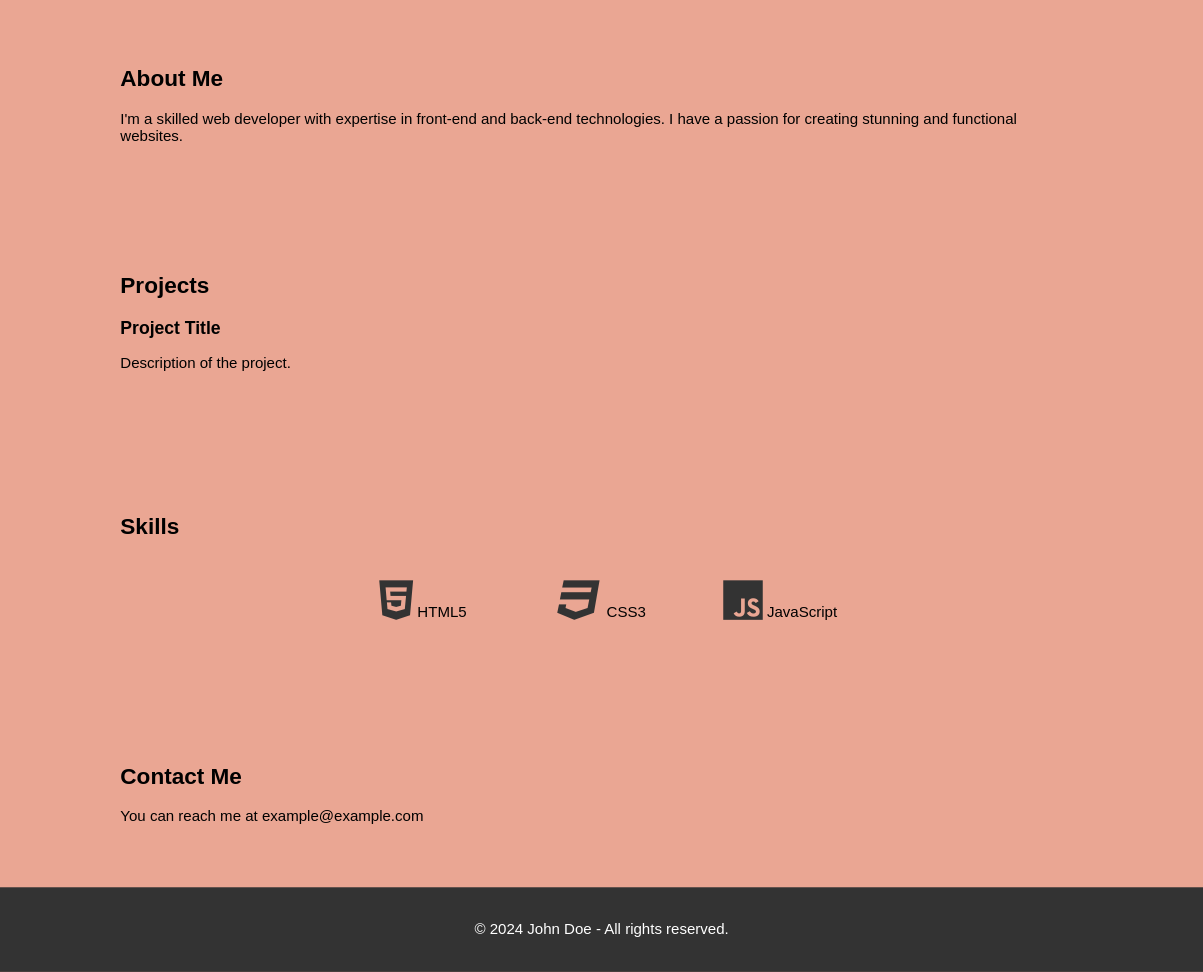
Repository: JaswanthT1/Portfolio
Page: index.html
These files come from the project's save history. The page is drawn as it stood at one moment and after the next save; the edit follows.
The browser window is 1280 px wide. The pictures show the part of the page from y = 718 to 1752 px (the page is 1752 px tall), at 94% of full size.

Above is the page before, as saved 2024-04-25 08:37:08.
Not found: script.js

After the next save:
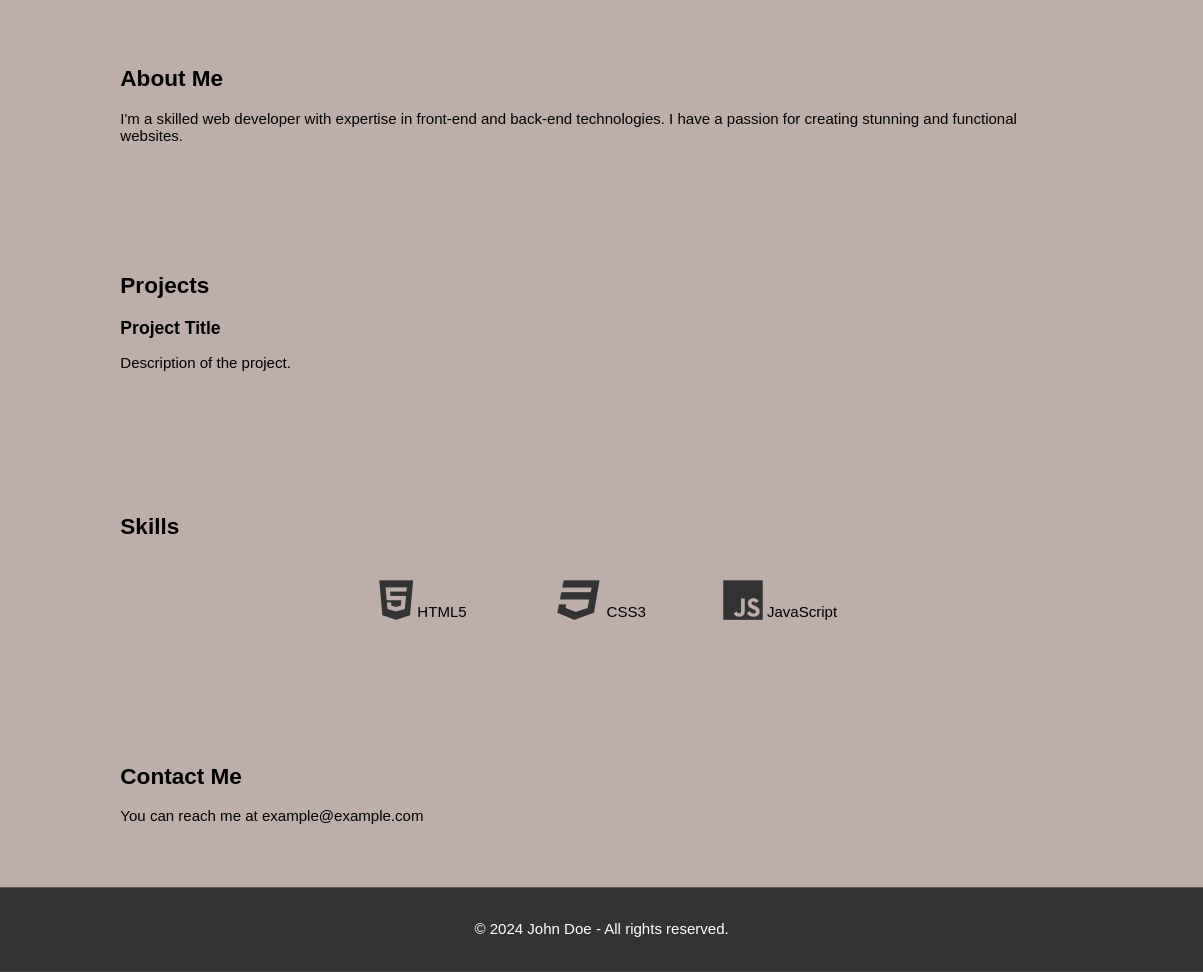
Saved 7 s later.
--- a/style.css
+++ b/style.css
@@ -4,7 +4,7 @@ body {
   font-family: Arial, sans-serif;
   margin: 0;
   padding: 0;
-  background-color: rgb(234, 166, 147);
+  background-color: rgb(190, 174, 170);
 }
 
 .container {
